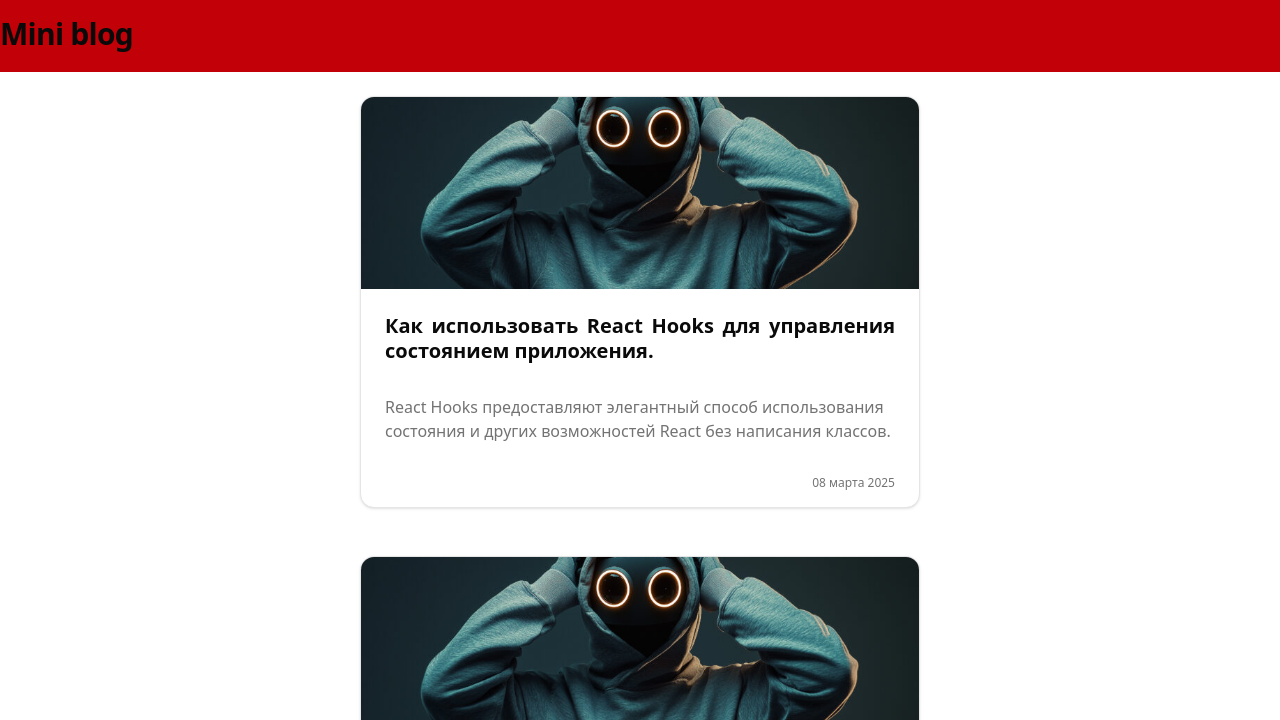
Repository: maxempolk/Telegram-channel
Page: /
An editor plug-in stored every save of this project. The page is shown before and after the next save, followed by the edit.
The browser window is 1280 px wide. The pictures show the whole page.
An inner scrolling area shows only its first screen. The project was rebuilt for these pictures with package versions that can differ from the ones it lists, and the page was loaded fresh each time. The framework's server and built-in components were replaced by stand-ins that run in the browser. Also part of the build but not shown: next.config.ts.

Above is the page before, as saved 2025-03-08 02:15:20.

### src/app/layout.tsx
import type { Metadata } from 'next';
import { Geist, Geist_Mono } from 'next/font/google';
import './globals.css';
import Header from '@/components/header/Header';
import Footer from '@/components/footer/Footer';

const geistSans = Geist({
  variable: '--font-geist-sans',
  subsets: ['latin'],
});

const geistMono = Geist_Mono({
  variable: '--font-geist-mono',
  subsets: ['latin'],
});

export const metadata: Metadata = {
  title: 'Create Next App',
  description: 'Generated by create next app',
};

export default function RootLayout({
  children,
}: Readonly<{
  children: React.ReactNode;
}>) {
  return (
    <html lang="en">
      <body className={`${geistSans.variable} ${geistMono.variable} antialiased`}>
        <div className="flex flex-col w-full h-screen overflow-x-hidden">
          <Header />
          <main className="container mx-auto py-6 grow">{children}</main>
          <Footer />
        </div>
      </body>
    </html>
  );
}

### src/app/page.tsx
import BlogPost from '@/components/post/Post';
import { Button } from '@/components/ui/button';
import { BlogPostType } from '@/types/post';

export default function Home() {
  const blogPosts: BlogPostType[] = [
    {
      id: 1,
      title: 'Как использовать React Hooks для управления состоянием приложения.',
      excerpt:
        'React Hooks предоставляют элегантный способ использования состояния и других возможностей React без написания классов.',
      date: '08 марта 2025',
      imageUrl: '/image.jpg',
      tags: ['React', 'Hooks', 'Frontend'],
    },
    {
      id: 2,
      title: 'Создание API с помощью FastAPI: практическое руководство.',
      excerpt:
        'FastAPI — это современный, быстрый (высокопроизводительный) веб-фреймворк для создания API с Python.',
      date: '06 марта 2025',
      imageUrl: '/image.jpg',
      tags: ['Python', 'FastAPI', 'Backend'],
    },
    {
      id: 3,
      title: 'Next.js 14: что нового и как это использовать в ваших проектах.',
      excerpt: 'Next.js 14 вносит значительные улучшения в производительность и опыт разработчика.',
      date: '01 марта 2025',
      imageUrl: '/image.jpg',
      tags: ['Next.js', 'Frontend', 'React'],
    },
    {
      id: 4,
      title: 'Tailwind CSS и shadcn/ui: создание красивых и функциональных интерфейсов.',
      excerpt:
        'Tailwind CSS в сочетании с компонентами shadcn/ui позволяет быстро создавать современные интерфейсы.',
      date: '25 февраля 2025',
      imageUrl: '/image.jpg',
      tags: ['CSS', 'UI/UX', 'Frontend'],
    },
  ];

  return (
    <>
      <div className="grid grid-cols-1 gap-6">
        {blogPosts.map(post => (
          <BlogPost key={post.id} post={post} />
        ))}
      </div>

      <div className="flex justify-center mt-10">
        <Button variant="outline" className="rounded-full px-6">
          Загрузить еще
        </Button>
      </div>
    </>
  );
}

### src/app/globals.css
@import 'tailwindcss';

@plugin "tailwindcss-animate";

@custom-variant dark (&:is(.dark *));

@theme inline {
  --color-background: var(--background);
  --color-foreground: var(--foreground);
  --font-sans: var(--font-geist-sans);
  --font-mono: var(--font-geist-mono);
  --color-sidebar-ring: var(--sidebar-ring);
  --color-sidebar-border: var(--sidebar-border);
  --color-sidebar-accent-foreground: var(--sidebar-accent-foreground);
  --color-sidebar-accent: var(--sidebar-accent);
  --color-sidebar-primary-foreground: var(--sidebar-primary-foreground);
  --color-sidebar-primary: var(--sidebar-primary);
  --color-sidebar-foreground: var(--sidebar-foreground);
  --color-sidebar: var(--sidebar);
  --color-chart-5: var(--chart-5);
  --color-chart-4: var(--chart-4);
  --color-chart-3: var(--chart-3);
  --color-chart-2: var(--chart-2);
  --color-chart-1: var(--chart-1);
  --color-ring: var(--ring);
  --color-input: var(--input);
  --color-border: var(--border);
  --color-destructive-foreground: var(--destructive-foreground);
  --color-destructive: var(--destructive);
  --color-accent-foreground: var(--accent-foreground);
  --color-accent: var(--accent);
  --color-muted-foreground: var(--muted-foreground);
  --color-muted: var(--muted);
  --color-secondary-foreground: var(--secondary-foreground);
  --color-secondary: var(--secondary);
  --color-primary-foreground: var(--primary-foreground);
  --color-primary: var(--primary);
  --color-popover-foreground: var(--popover-foreground);
  --color-popover: var(--popover);
  --color-card-foreground: var(--card-foreground);
  --color-card: var(--card);
  --radius-sm: calc(var(--radius) - 4px);
  --radius-md: calc(var(--radius) - 2px);
  --radius-lg: var(--radius);
  --radius-xl: calc(var(--radius) + 4px);
}

:root {
  --background: oklch(1 0 0);
  --foreground: oklch(0.145 0 0);
  --card: oklch(1 0 0);
  --card-foreground: oklch(0.145 0 0);
  --popover: oklch(1 0 0);
  --popover-foreground: oklch(0.145 0 0);
  --primary: oklch(0.205 0 0);
  --primary-foreground: oklch(0.985 0 0);
  --secondary: oklch(0.97 0 0);
  --secondary-foreground: oklch(0.205 0 0);
  --muted: oklch(0.97 0 0);
  --muted-foreground: oklch(0.556 0 0);
  --accent: oklch(0.97 0 0);
  --accent-foreground: oklch(0.205 0 0);
  --destructive: oklch(0.577 0.245 27.325);
  --destructive-foreground: oklch(0.577 0.245 27.325);
  --border: oklch(0.922 0 0);
  --input: oklch(0.922 0 0);
  --ring: oklch(0.708 0 0);
  --chart-1: oklch(0.646 0.222 41.116);
  --chart-2: oklch(0.6 0.118 184.704);
  --chart-3: oklch(0.398 0.07 227.392);
  --chart-4: oklch(0.828 0.189 84.429);
  --chart-5: oklch(0.769 0.188 70.08);
  --radius: 0.625rem;
  --sidebar: oklch(0.985 0 0);
  --sidebar-foreground: oklch(0.145 0 0);
  --sidebar-primary: oklch(0.205 0 0);
  --sidebar-primary-foreground: oklch(0.985 0 0);
  --sidebar-accent: oklch(0.97 0 0);
  --sidebar-accent-foreground: oklch(0.205 0 0);
  --sidebar-border: oklch(0.922 0 0);
  --sidebar-ring: oklch(0.708 0 0);
}

.dark {
  --background: oklch(0.145 0 0);
  --foreground: oklch(0.985 0 0);
  --card: oklch(0.145 0 0);
  --card-foreground: oklch(0.985 0 0);
  --popover: oklch(0.145 0 0);
  --popover-foreground: oklch(0.985 0 0);
  --primary: oklch(0.985 0 0);
  --primary-foreground: oklch(0.205 0 0);
  --secondary: oklch(0.269 0 0);
  --secondary-foreground: oklch(0.985 0 0);
  --muted: oklch(0.269 0 0);
  --muted-foreground: oklch(0.708 0 0);
  --accent: oklch(0.269 0 0);
  --accent-foreground: oklch(0.985 0 0);
  --destructive: oklch(0.396 0.141 25.723);
  --destructive-foreground: oklch(0.637 0.237 25.331);
  --border: oklch(0.269 0 0);
  --input: oklch(0.269 0 0);
  --ring: oklch(0.439 0 0);
  --chart-1: oklch(0.488 0.243 264.376);
  --chart-2: oklch(0.696 0.17 162.48);
  --chart-3: oklch(0.769 0.188 70.08);
  --chart-4: oklch(0.627 0.265 303.9);
  --chart-5: oklch(0.645 0.246 16.439);
  --sidebar: oklch(0.205 0 0);
  --sidebar-foreground: oklch(0.985 0 0);
  --sidebar-primary: oklch(0.488 0.243 264.376);
  --sidebar-primary-foreground: oklch(0.985 0 0);
  --sidebar-accent: oklch(0.269 0 0);
  --sidebar-accent-foreground: oklch(0.985 0 0);
  --sidebar-border: oklch(0.269 0 0);
  --sidebar-ring: oklch(0.439 0 0);
}

@layer base {
  * {
    @apply border-border outline-ring/50;
  }
  body {
    @apply bg-background text-foreground;
  }
}

### src/components/header/Header.tsx
const Header = () => {
  return (
    <header className="sticky container mx-auto py-4 bg-red-700">
      <h1 className="text-3xl font-bold tracking-tight mb-1">Mini blog</h1>
    </header>
  );
};

export default Header;

### src/components/footer/Footer.tsx
const Footer = () => {
  return (
    <footer className="border-t mt-12">
      <div className="container mx-auto py-6 text-center text-sm text-muted-foreground">
        © 2025 Минималистичный Блог • Создано с использованием Next.js и shadcn/ui
      </div>
    </footer>
  );
};

export default Footer;

### src/components/post/Post.tsx
import Image from 'next/image';
import { Card, CardHeader, CardTitle, CardContent, CardFooter } from '../ui/card';
import { BlogPostType } from '@/types/post';
import { FC } from 'react';
import Link from 'next/link';

type BlogPostProps = {
  post: BlogPostType;
};

const BlogPost: FC<BlogPostProps> = ({ post }) => {
  return (
    <Card className="mx-auto mb-6 overflow-hidden hover:shadow-md transition-shadow duration-300 max-w-140">
      <div className="relative h-48 w-full overflow-hidden">
        <Link href={`posts/${post.id}`}>
          <Image
            src={post.imageUrl}
            alt={post.title}
            className="w-full h-full object-cover transition-transform duration-300 hover:scale-110"
            width={400}
            height={400}
          />
        </Link>
      </div>
      <CardHeader className="pb-2">
        {/* <div className="flex flex-wrap gap-2 mb-2">
          {post.tags.map((tag: string) => (
            <Badge key={tag} variant="secondary" className="text-xs">
              {tag}
            </Badge>
          ))}
        </div> */}
        <CardTitle className="text-xl leading-tight line-clamp-2 text-justify">
          {post.title}
        </CardTitle>
      </CardHeader>
      <CardContent className="pb-2">
        <p className="text-muted-foreground line-clamp-2">{post.excerpt}</p>
      </CardContent>
      <CardFooter className="flex justify-end items-center pb-4">
        <span className="text-xs text-muted-foreground">{post.date}</span>
      </CardFooter>
    </Card>
  );
};

export default BlogPost;

### src/components/ui/button.tsx
import * as React from 'react';
import { Slot } from '@radix-ui/react-slot';
import { cva, type VariantProps } from 'class-variance-authority';

import { cn } from '@/lib/utils';

const buttonVariants = cva(
  "inline-flex items-center justify-center gap-2 whitespace-nowrap rounded-md text-sm font-medium transition-[color,box-shadow] disabled:pointer-events-none disabled:opacity-50 [&_svg]:pointer-events-none [&_svg:not([class*='size-'])]:size-4 shrink-0 [&_svg]:shrink-0 outline-none focus-visible:border-ring focus-visible:ring-ring/50 focus-visible:ring-[3px] aria-invalid:ring-destructive/20 dark:aria-invalid:ring-destructive/40 aria-invalid:border-destructive",
  {
    variants: {
      variant: {
        default: 'bg-primary text-primary-foreground shadow-xs hover:bg-primary/90',
        destructive:
          'bg-destructive text-white shadow-xs hover:bg-destructive/90 focus-visible:ring-destructive/20 dark:focus-visible:ring-destructive/40',
        outline:
          'border border-input bg-background shadow-xs hover:bg-accent hover:text-accent-foreground',
        secondary: 'bg-secondary text-secondary-foreground shadow-xs hover:bg-secondary/80',
        ghost: 'hover:bg-accent hover:text-accent-foreground',
        link: 'text-primary underline-offset-4 hover:underline',
      },
      size: {
        default: 'h-9 px-4 py-2 has-[>svg]:px-3',
        sm: 'h-8 rounded-md gap-1.5 px-3 has-[>svg]:px-2.5',
        lg: 'h-10 rounded-md px-6 has-[>svg]:px-4',
        icon: 'size-9',
      },
    },
    defaultVariants: {
      variant: 'default',
      size: 'default',
    },
  }
);

function Button({
  className,
  variant,
  size,
  asChild = false,
  ...props
}: React.ComponentProps<'button'> &
  VariantProps<typeof buttonVariants> & {
    asChild?: boolean;
  }) {
  const Comp = asChild ? Slot : 'button';

  return (
    <Comp
      data-slot="button"
      className={cn(buttonVariants({ variant, size, className }))}
      {...props}
    />
  );
}

export { Button, buttonVariants };

### src/components/ui/card.tsx
import * as React from 'react';

import { cn } from '@/lib/utils';

function Card({ className, ...props }: React.ComponentProps<'div'>) {
  return (
    <div
      data-slot="card"
      className={cn(
        'bg-card text-card-foreground flex flex-col gap-6 rounded-xl border shadow-sm',
        className
      )}
      {...props}
    />
  );
}

function CardHeader({ className, ...props }: React.ComponentProps<'div'>) {
  return (
    <div
      data-slot="card-header"
      className={cn('flex flex-col gap-1.5 px-6', className)}
      {...props}
    />
  );
}

function CardTitle({ className, ...props }: React.ComponentProps<'div'>) {
  return (
    <div
      data-slot="card-title"
      className={cn('leading-none font-semibold', className)}
      {...props}
    />
  );
}

function CardDescription({ className, ...props }: React.ComponentProps<'div'>) {
  return (
    <div
      data-slot="card-description"
      className={cn('text-muted-foreground text-sm', className)}
      {...props}
    />
  );
}

function CardContent({ className, ...props }: React.ComponentProps<'div'>) {
  return <div data-slot="card-content" className={cn('px-6', className)} {...props} />;
}

function CardFooter({ className, ...props }: React.ComponentProps<'div'>) {
  return (
    <div data-slot="card-footer" className={cn('flex items-center px-6', className)} {...props} />
  );
}

export { Card, CardHeader, CardFooter, CardTitle, CardDescription, CardContent };

Loaded but not shown: src/lib/utils.ts (common file)

After the next save:
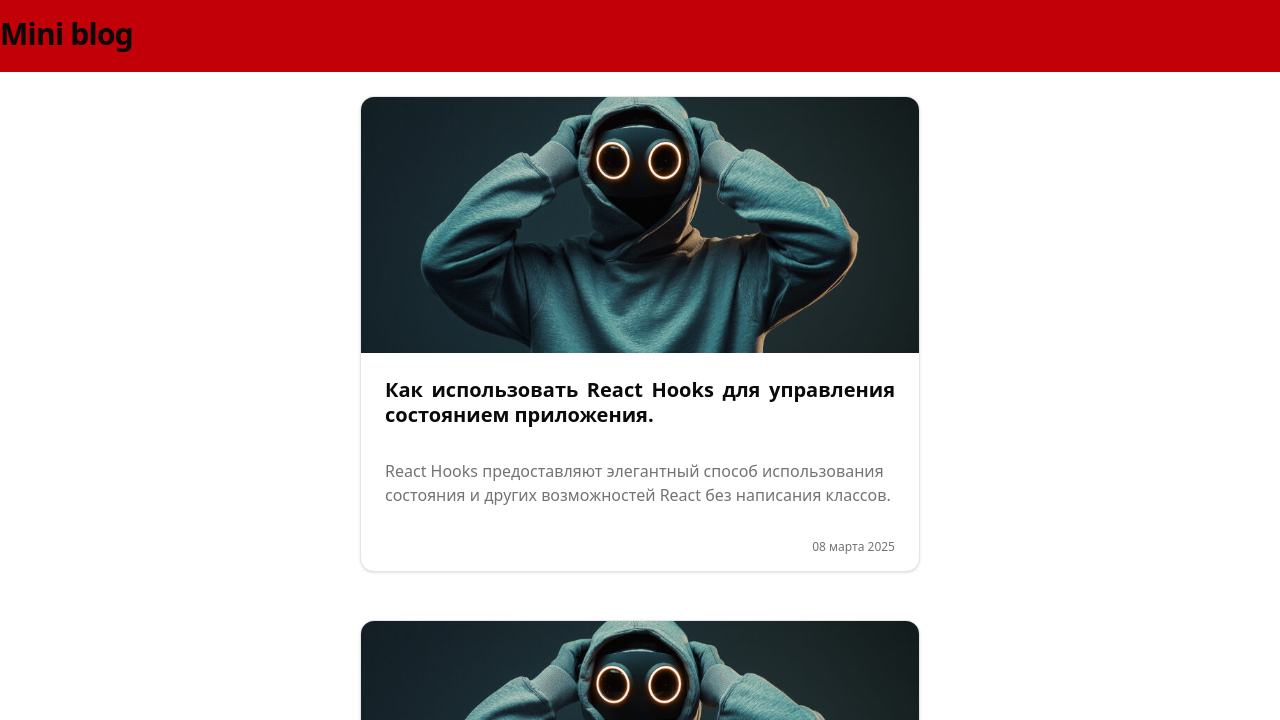
Saved 11 s later.
--- a/src/components/post/Post.tsx
+++ b/src/components/post/Post.tsx
@@ -11,7 +11,7 @@ type BlogPostProps = {
 const BlogPost: FC<BlogPostProps> = ({ post }) => {
   return (
     <Card className="mx-auto mb-6 overflow-hidden hover:shadow-md transition-shadow duration-300 max-w-140">
-      <div className="relative h-48 w-full overflow-hidden">
+      <div className="relative h-64 w-full overflow-hidden">
         <Link href={`posts/${post.id}`}>
           <Image
             src={post.imageUrl}
